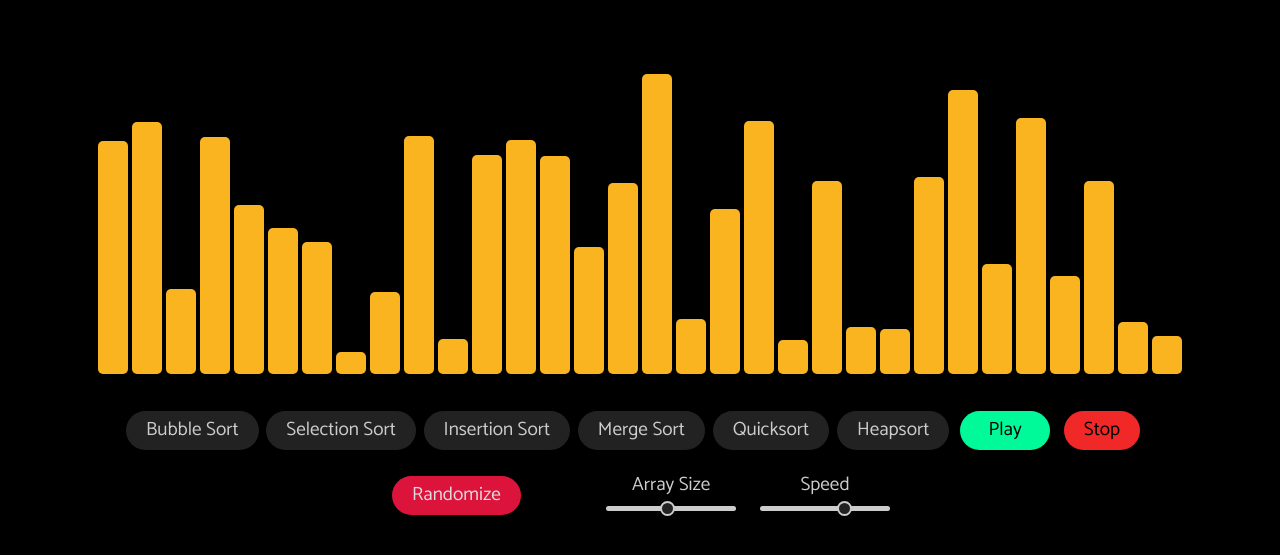
Repository: sneha1010/Sorting-visualizer
Page: index.html
The author's editor kept a copy of each file at every save. The page is drawn from the files as they stood at one save, then again after the next save.
The browser window is 1280 px wide. The pictures show the whole page.

Above is the page before, as saved 2022-06-15 17:13:41.

After the next save:
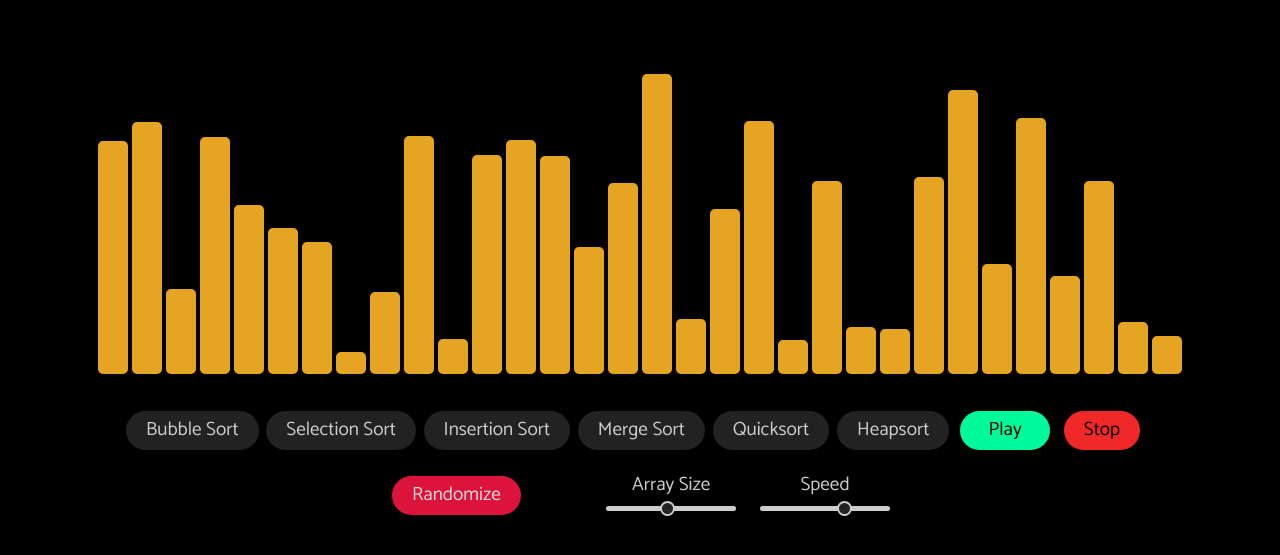
Saved 76 s later.
--- a/assets/script.js
+++ b/assets/script.js
@@ -11,7 +11,7 @@
 
 const WAITING_TIME = 100;
 
-const UNSORTED = '#F9B420';
+const UNSORTED = '#e5a422';
 const SORTED = 'mediumspringgreen';
 const COMPARE = 'crimson';
 const SELECTED = 'blueviolet';
